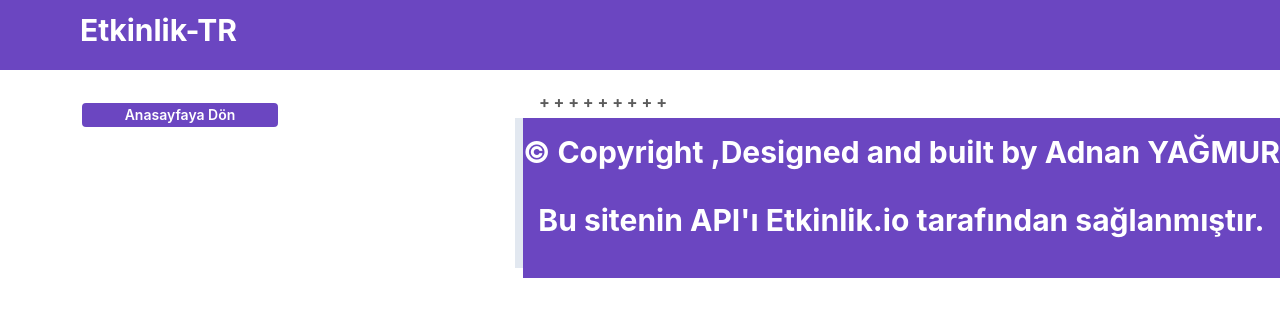
Repository: adnanyagmur/EtsTur-FrontEnd-Hiring-Challange
Page: /detailPage
An editor plug-in stored every save of this project. The page is shown before and after the next save, followed by the edit.
The browser window is 1280 px wide. The pictures show the whole page.
The project was rebuilt for these pictures with package versions that can differ from the ones it lists, and the page was loaded fresh each time. Also part of the build but not shown: src/index.css, src/components/eventList/EventList.jsx, src/components/hompage/HomePage.jsx, src/pastApi/json.js, src/components/pastEventList/PastList.jsx.

Above is the page before, as saved 2022-06-21 21:53:32.

After the next save:
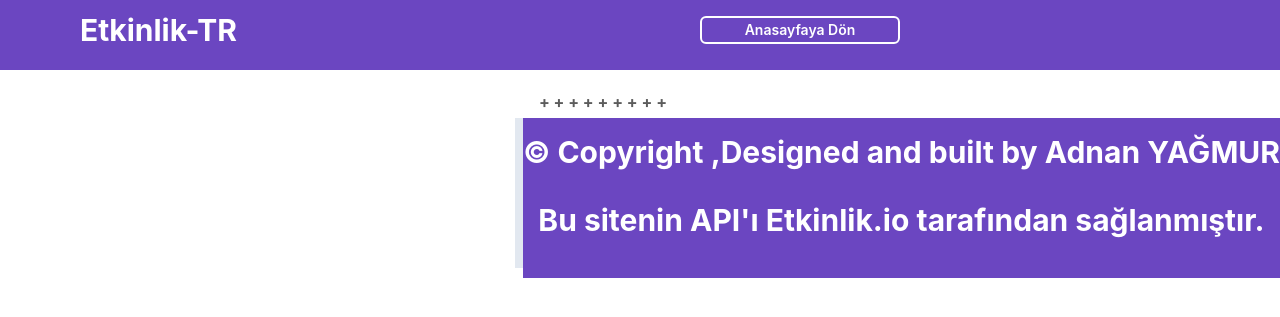
Saved 10 s later.
--- a/src/components/detailPage/DetailPage.jsx
+++ b/src/components/detailPage/DetailPage.jsx
@@ -44,7 +44,7 @@
           fontWeight='bold'
         >
           <GridItem pt='2' pl='80px' bg='purple.600' color='white' area={'header'}>
-            <SimpleGrid columns={[null]} spacing='40px'>
+            <SimpleGrid columns={[2]} spacing='40px'>
               <Text as='span' fontSize='3xl' >Etkinlik-TR</Text>
 
               <Button bg='purple.600' w="200px" mr='2' h='1.75rem' size='sm' mt="2" border='2px' borderColor='white' onClick={handleClick} >

After the save that followed:
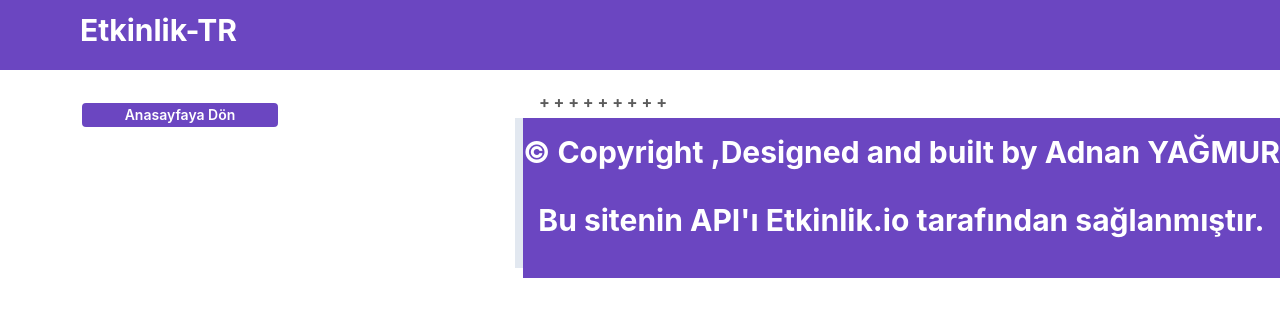
Saved 8 s later.
--- a/src/components/detailPage/DetailPage.jsx
+++ b/src/components/detailPage/DetailPage.jsx
@@ -44,7 +44,7 @@
           fontWeight='bold'
         >
           <GridItem pt='2' pl='80px' bg='purple.600' color='white' area={'header'}>
-            <SimpleGrid columns={[2]} spacing='40px'>
+            <SimpleGrid columns={[1]} spacing='40px'>
               <Text as='span' fontSize='3xl' >Etkinlik-TR</Text>
 
               <Button bg='purple.600' w="200px" mr='2' h='1.75rem' size='sm' mt="2" border='2px' borderColor='white' onClick={handleClick} >
